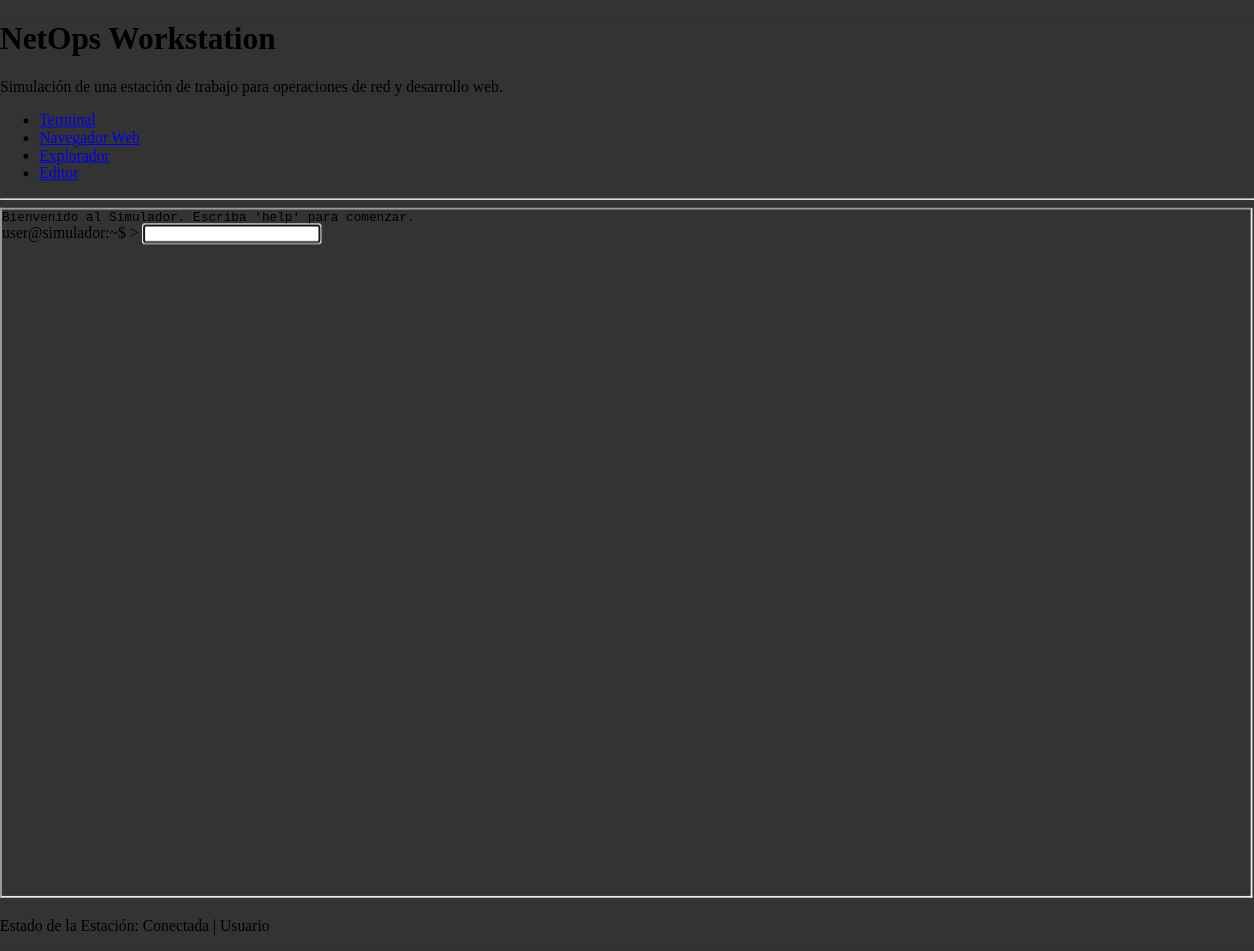
Repository: ValdezGalia/ProgramacionWebUcab
Page: lan-01.html
The author's editor kept a copy of each file at every save. The page is drawn from the files as they stood at one save, then again after the next save.
The browser window is 1280 px wide. The pictures show the whole page, at 98% of full size.

Above is the page before, as saved 2025-11-13 16:03:30.

### lan-01.html
<!DOCTYPE html>
<html lang="es">

<head>
    <meta charset="UTF-8">
    <meta name="viewport" content="width=device-width, initial-scale=1.0">
    <meta name="author" content="Orlando Valdez / Jenry Youssef / Oscar Torres">
    <link rel="stylesheet" href="/style/lan-01.css">
    <title>NetOps Workstation: Estación de Trabajo</title>
</head>

<body>

    <header>
        <h1>NetOps Workstation</h1>
        <p>Simulación de una estación de trabajo para operaciones de red y desarrollo web.</p>
    </header>

    <main id="workstation-container">

        <nav id="app-navigation" aria-label="Aplicaciones de la estación de trabajo">
            <ul id="app-list">
                <li><a href="#" data-tool="lineaComandos">Terminal</a></li>
                <li><a href="#" data-tool="navegador">Navegador Web</a></li>
                <li><a href="#" data-tool="exploradorArchivos">Explorador</a></li>
                <li><a href="#" data-tool="editorArchivo">Editor</a></li>
            </ul>
        </nav>

        <hr>
        <!-- Contenedor de herramientas de forma dinamica y sostenible -->
        <section id="application-display">
            <iframe id="tool-iframe" src="pages/lineaComandos.html" sandbox="allow-scripts allow-same-origin"
                title="Aplicación interactiva" width="99.5%" height="700px"></iframe>
        </section>

    </main>

    <footer aria-label="Estado y Diagnóstico">
        <p>Estado de la Estación: Conectada | <span class="user">Usuario</span></p>
    </footer>

    <script>
        document.addEventListener('DOMContentLoaded', () => {
            const iframe = document.getElementById('tool-iframe');
            const navLinks = document.querySelectorAll('#app-list a');

            navLinks.forEach(link => {
                link.addEventListener('click', (event) => {
                    event.preventDefault();

                    const toolName = event.target.dataset.tool;

                    const newSrc = `pages/${toolName}.html`;

                    iframe.src = newSrc;

                    /*Esto aun no hace nada ya que aun no se implementa la logica que distige la clase active*/
                    navLinks.forEach(navLink => navLink.classList.remove('active'));
                    event.target.classList.add('active');
                });
            });
        });
    </script>

</body>

</html>

### style/lan-01.css
html, body{
    padding: 0;
    margin: 0;
    background-color: #333;
}

### pages/lineaComandos.html
<!DOCTYPE html>
<html lang="es">
<head>
    <meta charset="UTF-8">
    <meta name="viewport" content="width=device-width, initial-scale=1.0">
    <meta name="description" content="Un linea de comandos (CLI) basada en diseño de la de linux">
    <link rel="stylesheet" href="/style/commandline.css">
    <title>Linea de comandos</title>
</head>
<body>
    <div id="terminal-window">
        <pre id="terminal-output">Bienvenido al Simulador. Escriba 'help' para comenzar.</pre>

        <div id="command-line">
            <span id="prompt">user@simulador:~$ > </span>
            <input type="text" id="command-input" autofocus>
        </div>
    </div>
</body>
</html>

### style/commandline.css
* {
    margin: 0px;
    padding: 0px;
}

html, body{
    margin: 0;
    padding: 0;
    width: 100%;
    height: 100%;
    overflow: hidden;
    background-color: #333;
}

textarea{
    display: block;
    display: block;
    width: 100%;
    height: 100%;
    box-sizing: border-box;
    border: none;
    outline: none;
    resize: none;
    font-family: monospace;
    padding: 10px;
    background-color: #2036;
    color: white;
}

After the next save:
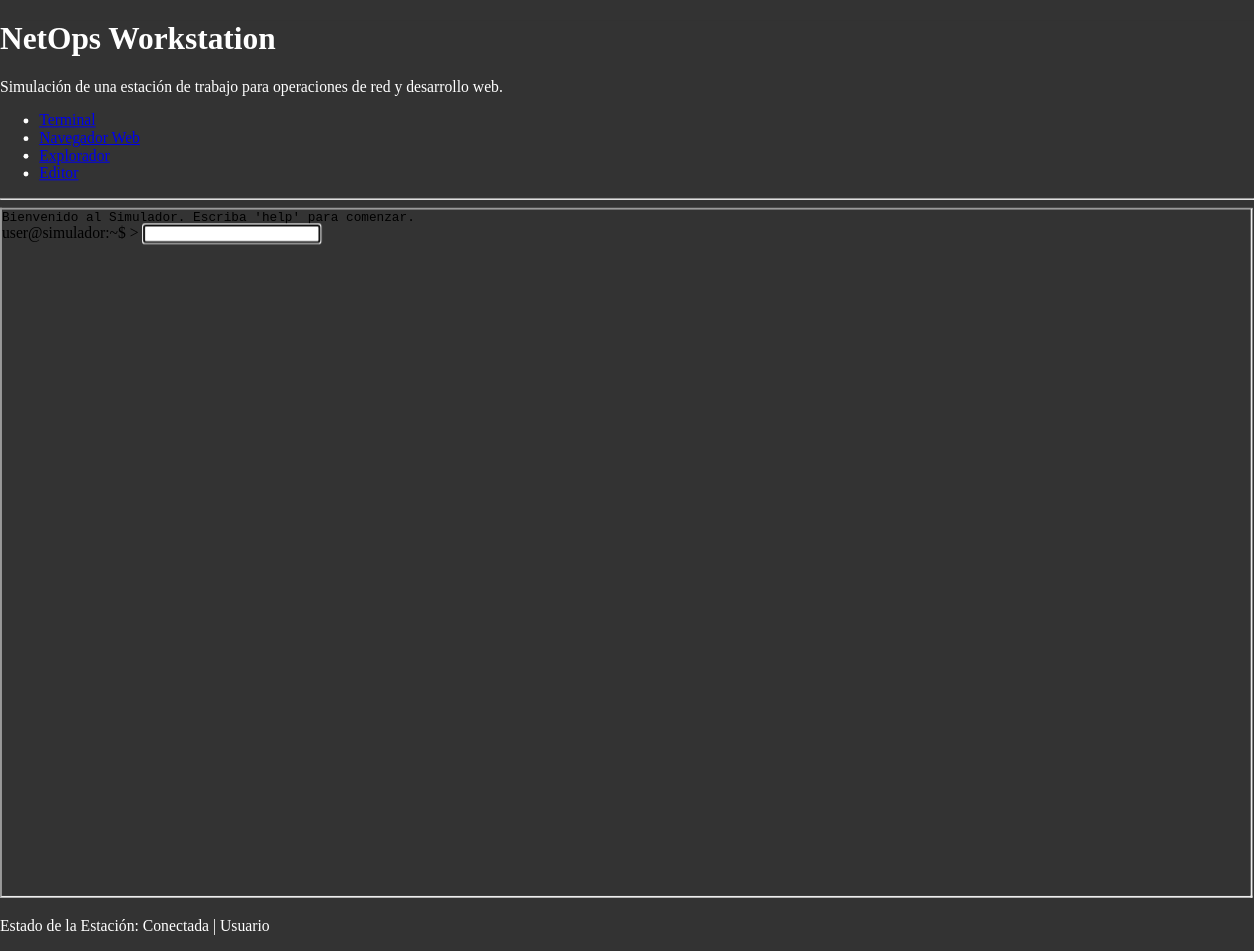
Saved 12 s later.
--- a/style/lan-01.css
+++ b/style/lan-01.css
@@ -2,4 +2,5 @@ html, body{
     padding: 0;
     margin: 0;
     background-color: #333;
+    color: white
 }
